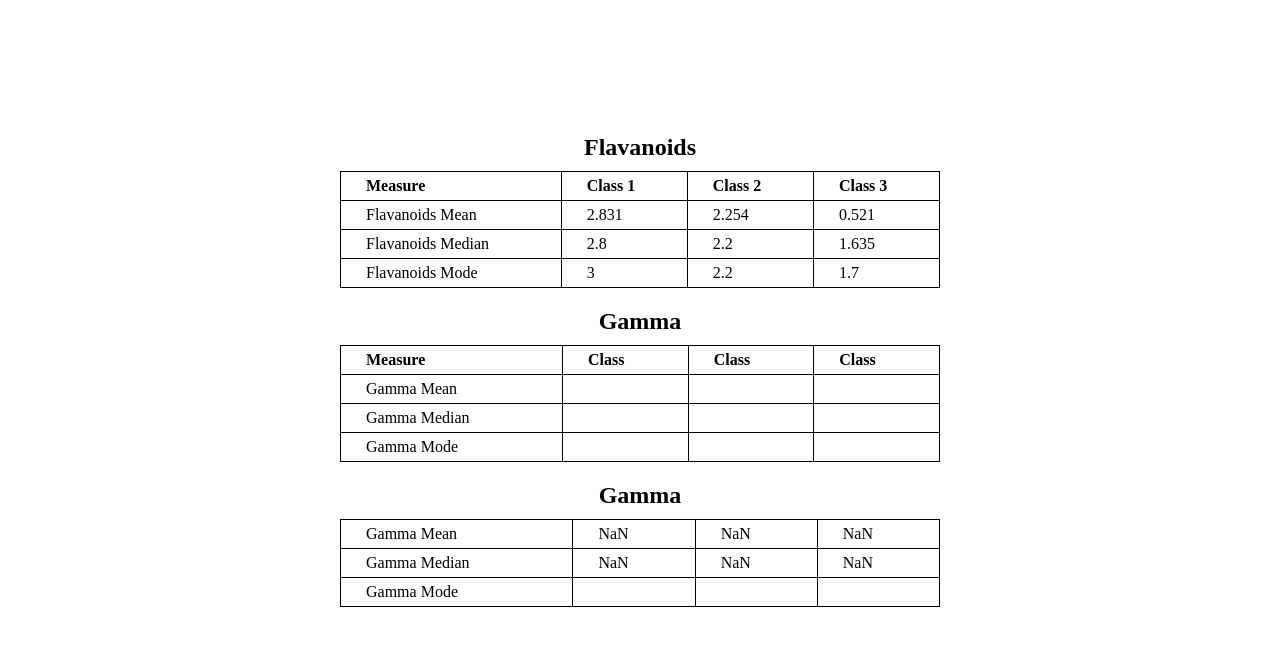
Repository: Rahul6395/WineAlcohol-Calculate
Page: /
The author's editor kept a copy of each file at every save. The page is drawn from the files as they stood at one save, then again after the next save.
The browser window is 1280 px wide. The pictures show the whole page.
The project was rebuilt for these pictures with package versions that can differ from the ones it lists, and the page was loaded fresh each time.

Above is the page before, as saved 2023-05-24 23:35:16.

After the next save:
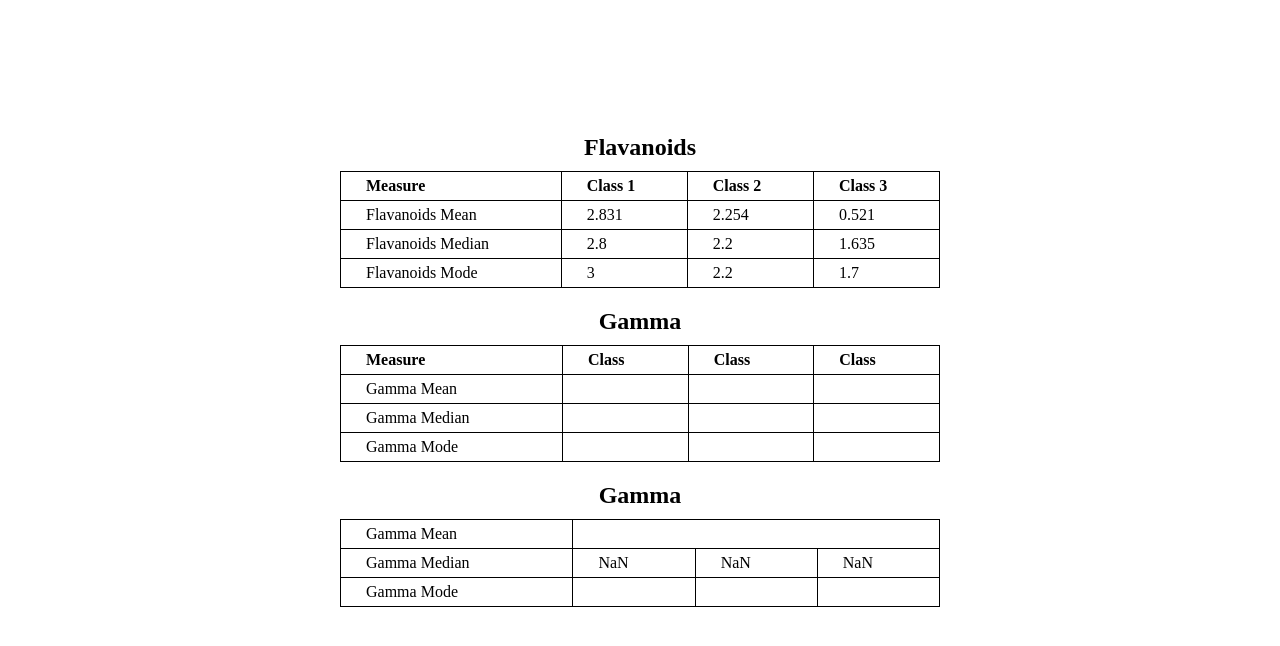
Saved 2 days later.
--- a/src/component/Gamma.js
+++ b/src/component/Gamma.js
@@ -57,7 +57,7 @@ const GammaTable = () => {
       const statsByClass = Object.entries(gammaByClass).map(([className, gammaValues]) => {
         red.push(className);
         green.push(gammaValues)
-        console.log("calculateMeangammaValues",gammaValues)
+        console.log(className,"calculateMeangammaValues",gammaValues,)
     })
  //console.log("statsByClass ",green )
 // console.log("gammaByClassstatsByClass ",gammaByClass )
@@ -77,9 +77,12 @@ const GammaTable = () => {
       <tbody>
         <tr>
           <td>Gamma Mean</td>
-          {red.map((className) => (
+          {/* {red.map((className) => (
             <td>{calculateMean(green, className).toFixed(3)}</td>
-          ))}
+          ))} */}
+        {/* {
+          Object.entries(gammaByClass).map()
+        } */}
         </tr>
         <tr>
           <td>Gamma Median</td>
